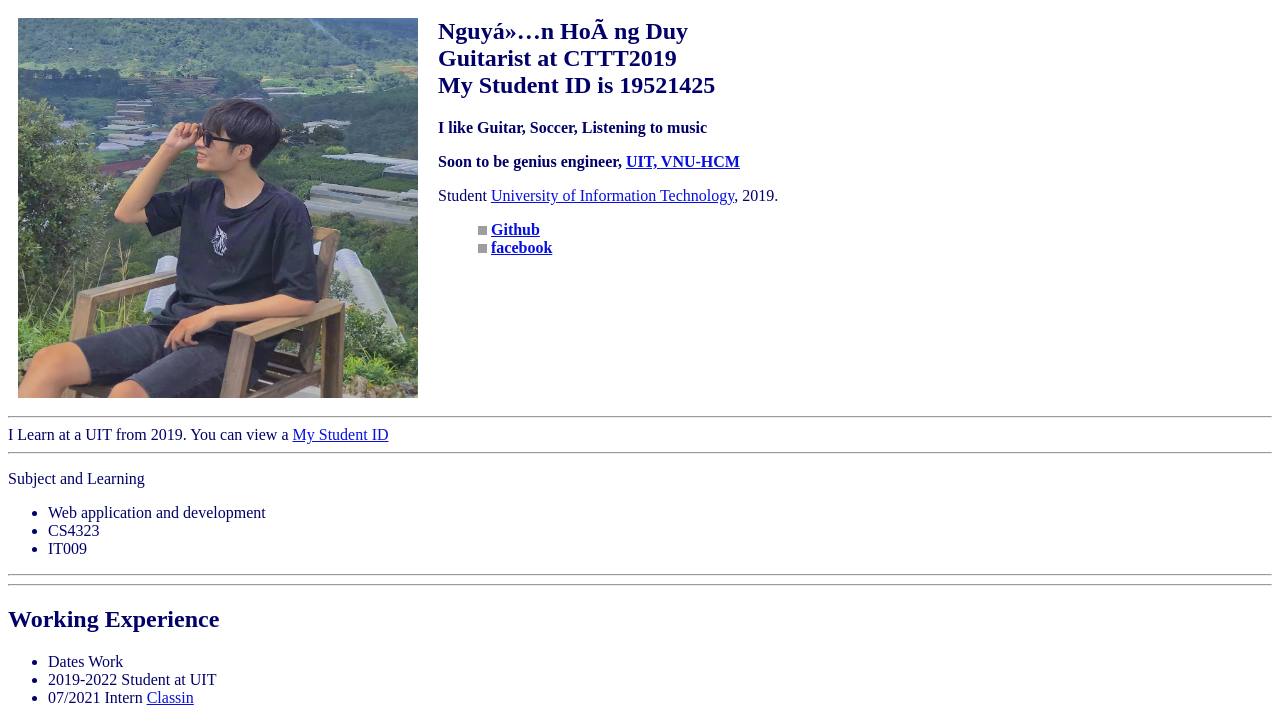
Repository: HoangDuy315/web-dev2022
Page: ex2.html
An editor plug-in stored every save of this project. The page is shown before and after the next save, followed by the edit.
The browser window is 1280 px wide. The pictures show the whole page.
Pictures or frames that could not be fetched are drawn as grey boxes.

Above is the page before, as saved 2022-09-22 15:08:24.

### ex2.html
<html>
    <head>
        <title>GnahYuD</title>
        <link rel="SHORTCUT ICON" href="images/cormen-tiny.jpg">
        <script charset="utf-8" src="https://platform.twitter.com/js/button.c6c95b9789db97ea1e9742d215fff751.js"></script>
        <link rel="stylesheet" href="ex2.css">
    </head>
<body text="#000068" link="#060FDF" vlink="#060FDF" alink="#DC24C5">

<!-- <TABLE CELLPADDING="10" CELLSPACING="0" WIDTH="475"> -->
<table cellpadding="10" cellspacing="0">
<tbody><tr valign="TOP">

<td valign="TOP" width="151">

<img class="duy" src="./123.JPG"><p>

</p></td>

<td valign="TOP">

<h2>Nguyễn Hoàng Duy<br>
Guitarist at CTTT2019<br>
My Student ID is 19521425
</h2>

<p>
<strong>I like  Guitar, Soccer, Listening to music</strong>
</p>

<p><strong>Soon to be genius engineer,
<a href="https://www.uit.edu.vn/">UIT, <a href="https://vnuhcm.edu.vn/">VNU-HCM</a></a>
</strong> </p>

<p>

Student <a href="https://www.uit.edu.vn/">University of Information Technology</a>, 2019.</p><p>

</p><dd>
<b>
<img src="images/yellowsq.gif" alt="*" width="9" height="9">
  <a href="https://github.com/HoangDuy315">Github</a><br>
<img src="images/yellowsq.gif" alt="*" width="9" height="9">
     <a href="https://www.facebook.com/profile.php?id=100007746304417">facebook</a>
</b>


</dd></td>
</tr>
</tbody></table>




<hr>

I Learn at a UIT from 2019.  You can view a <a href="https://student.uit.edu.vn/">My Student ID</a>

<hr>
    <p>Subject and Learning</p>
    <ul>
        <li>Web application and development</li>
        <li>CS4323</li>
        <li>IT009</li>
    </ul>

<hr>

<hr>
    <h2>Working Experience</h2>
    <ul>
        <li>Dates Work</li>
        <li>2019-2022 Student at UIT</li>
        <li>07/2021 Intern  <a href="https://www.classin.com/">Classin</a></li>
    </ul>
</hr>

</script>

</body></html>

### ex2.css
.duy {
    color: blue;
    height: 380px;
    width: 400px;
}

After the next save:
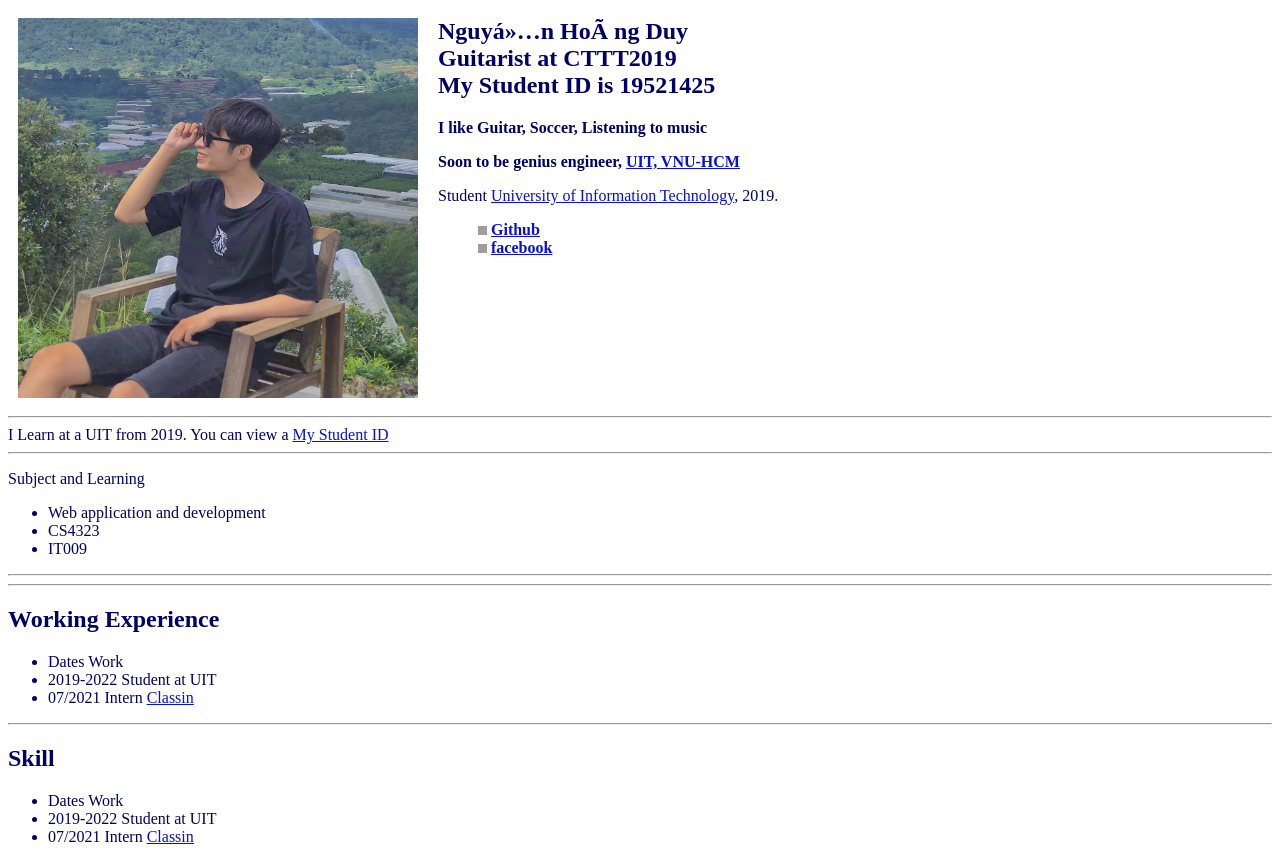
Saved 25 s later.
--- a/ex2.html
+++ b/ex2.html
@@ -75,6 +75,15 @@ I Learn at a UIT from 2019.  You can view a <a href="https://student.uit.edu.vn/
     </ul>
 </hr>
 
+<hr>
+    <h2>Skill</h2>
+    <ul>
+        <li>Dates Work</li>
+        <li>2019-2022 Student at UIT</li>
+        <li>07/2021 Intern  <a href="https://www.classin.com/">Classin</a></li>
+    </ul>
+</hr>
+
 </script>
 
 </body></html>
